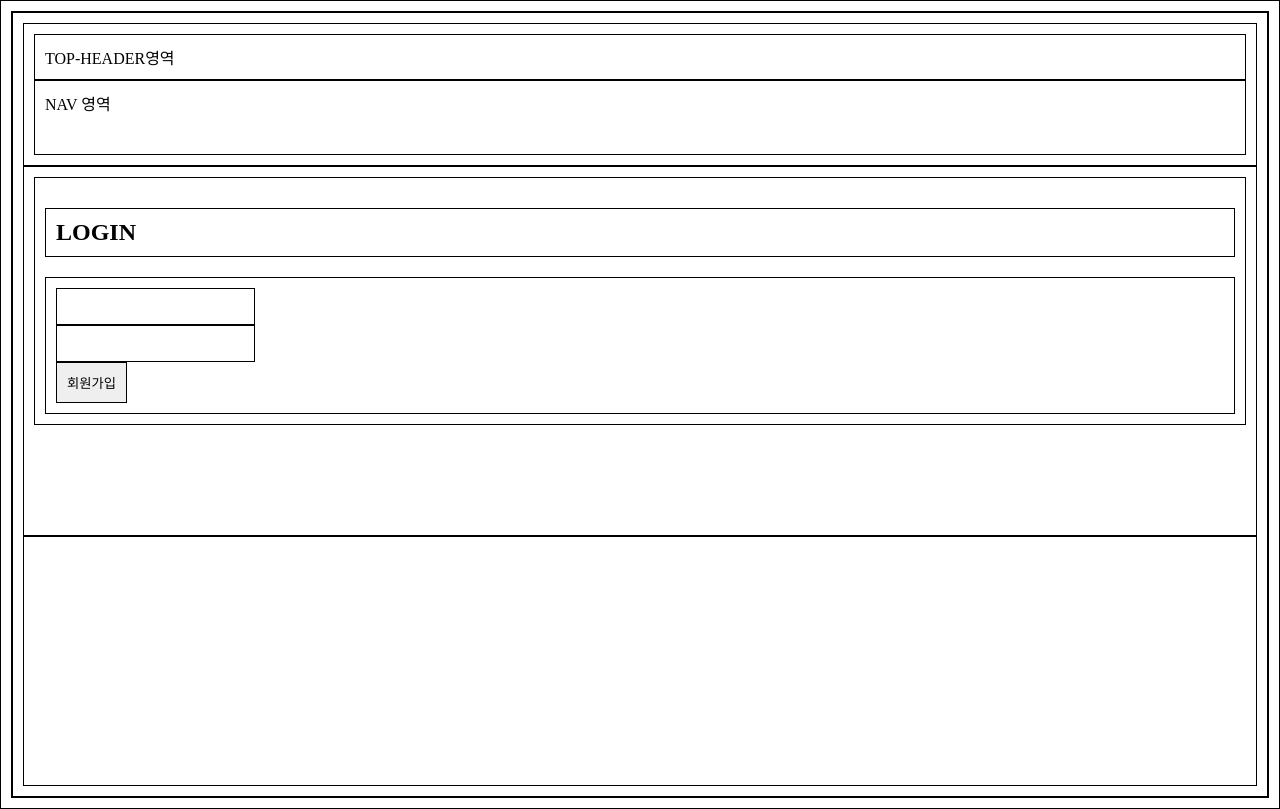
Repository: Leehj9094/JAVA_BOOK-
Page: http://localhost/01JSP/C04/login_form.jsp
These files come from the project's save history. The page is drawn as it stood at one moment and after the next save; the edit follows.
The browser window is 1280 px wide. The pictures show the whole page.
The page is served by Tomcat 9. Other server files are loaded and not shown.

Above is the page before, as saved 2025-04-03 00:16:53.

### JSP/01JSP/src/main/webapp/C04/login_form.jsp
<%@ page language="java" contentType="text/html; charset=UTF-8"
	pageEncoding="UTF-8"%>
<!DOCTYPE html>
<html>
<head>
<meta charset="UTF-8">
<title>Insert title here</title>
<style>
	:root{}
	*{box-sizing:border-box; padding:10px; border:1px solid;}
	a{}
	ul{}
	body{padding:0; margin:0;}
	.wrapper{height: 100%;}
	.wrapper>header{min-height:100px;}
	.wrapper>header>top-header{min-height:25px;}
	.wrapper>header>nav{min-height:75px;}
	.wrapper>main{min-height:calc(100vh - 100px - 250px);}
	.wrapper>main>section{}
	.wrapper>footer{min-height:250px;}
</style>
</head>
<body>
	<div class="wrapper">
		<header>
			<!--  -->
			<%@ include file="./layouts/TopHeader.jsp"%>
			<!--  -->
			<%@ include file="./layouts/Nav.jsp"%>
		</header>
		<main>
			<section>
				<h1>LOGIN</h1>
				<form action="Login_process.jsp" method="post">
					<input type="text" name="userid" /><br> <input type="text"
						name="password" /><br> <input type="submit" value="회원가입" />
				</form>
			</section>
		</main>
		<footer>

		</footer>
</body>
</html>

### JSP/01JSP/src/main/webapp/C04/layouts/TopHeader.jsp
<%@ page language="java" contentType="text/html; charset=UTF-8"
    pageEncoding="UTF-8"%>
<!-- TOP-HEADER -->
<div class="top-header">TOP-HEADER영역</div>

### JSP/01JSP/src/main/webapp/C04/layouts/Nav.jsp
<%@ page language="java" contentType="text/html; charset=UTF-8"
    pageEncoding="UTF-8"%>

<!-- NAV -->
<nav>NAV 영역</nav>

### JSP/01JSP/src/main/webapp/C04/layouts/Footer.jsp
<%@ page language="java" contentType="text/html; charset=UTF-8"
    pageEncoding="UTF-8"%>
<!-- FOOTER -->
<footer>FOOTER 영역</footer>

After the next save:
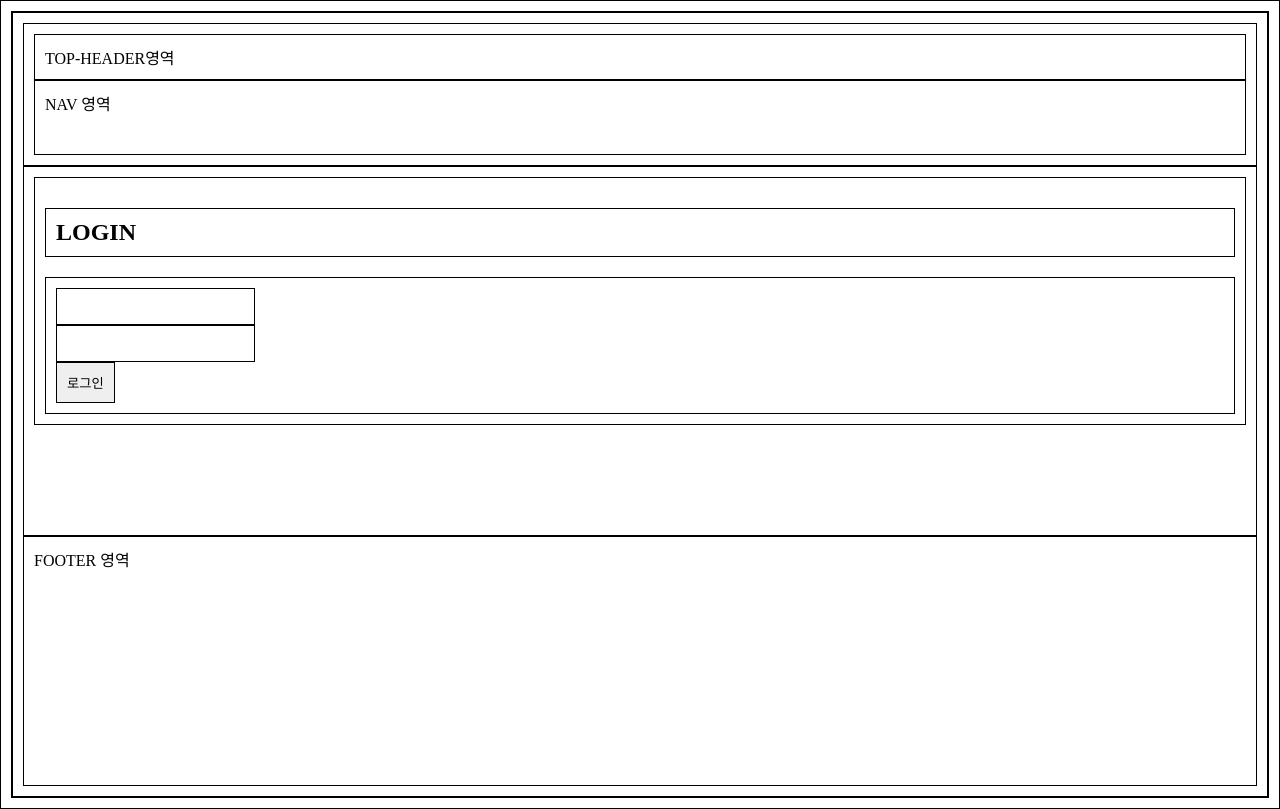
Saved 57 s later.
--- a/JSP/01JSP/src/main/webapp/C04/login_form.jsp
+++ b/JSP/01JSP/src/main/webapp/C04/login_form.jsp
@@ -32,13 +32,13 @@
 			<section>
 				<h1>LOGIN</h1>
 				<form action="Login_process.jsp" method="post">
-					<input type="text" name="userid" /><br> <input type="text"
-						name="password" /><br> <input type="submit" value="회원가입" />
+					<input type="text" name="userid" /><br>
+					<input type="text" name="password" /><br>
+					<input type="submit" value="로그인" />
 				</form>
 			</section>
 		</main>
-		<footer>
-
-		</footer>
+		<%@include file="./layouts/Footer.jsp" %>
+	</div>
 </body>
 </html>
